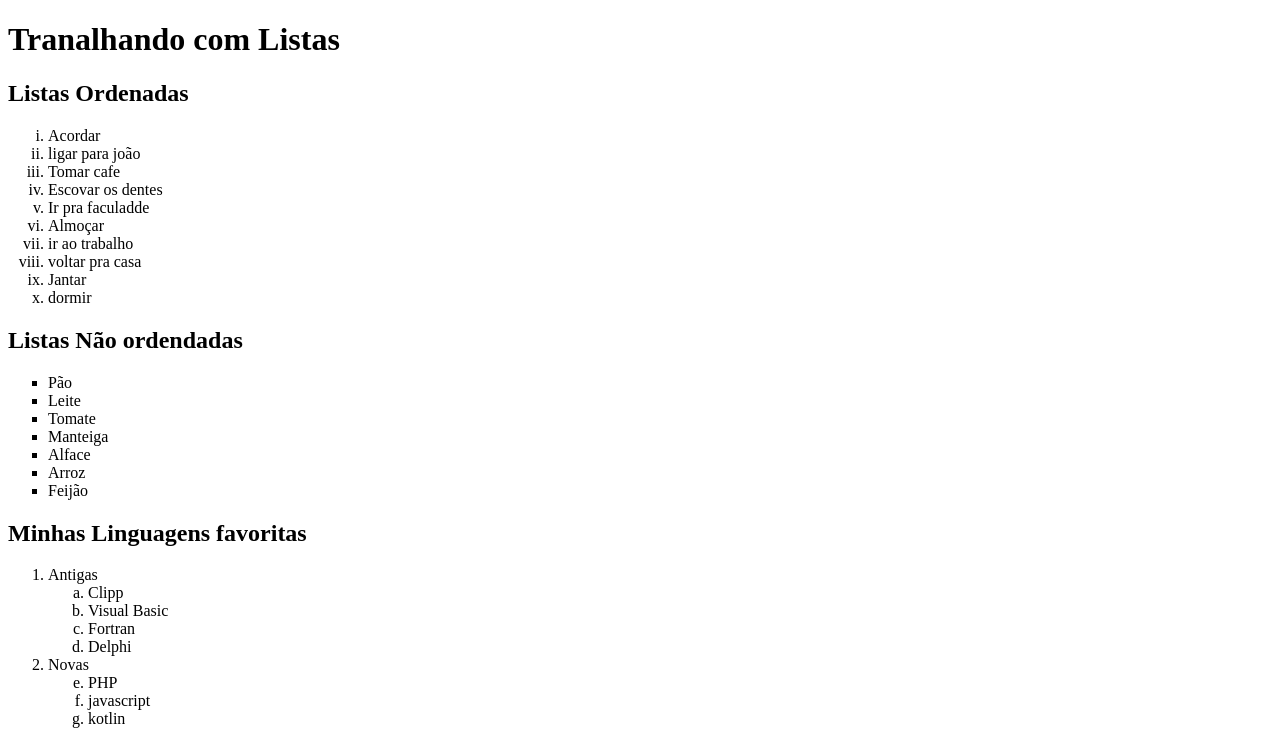
Repository: pheonix5/Estudo
Page: html-css/exercicios/ex009/index.html
These files come from the project's save history. The page is drawn as it stood at one moment and after the next save; the edit follows.
The browser window is 1280 px wide. The pictures show the whole page.

Above is the page before, as saved 2023-08-01 22:30:47.

### html-css/exercicios/ex009/index.html
<!DOCTYPE html>
<html lang="pt-br">
<head>
  <meta charset="UTF-8">
  <meta name="viewport" content="width=device-width, initial-scale=1.0">
  <title>Listas</title>
</head>
<body>
  <h1>Tranalhando com Listas</h1>
  <h2>Listas Ordenadas</h2>

  <ol type="i"> <!-- 1 A a I i -->
    <li>Acordar</li>
    <li>ligar para joão</li>
    <li>Tomar cafe</li>
    <li>Escovar os dentes</li>
    <li>Ir pra faculadde</li>
    <li>Almoçar</li>
    <li>ir ao trabalho</li>
    <li>voltar pra casa</li>
    <li>Jantar</li>
    <li>dormir</li>
  </ol>

  <h2>Listas Não ordendadas</h2>
  <ul type="square"> <!-- disc circle square -->
    <li>Pão</li>
    <li>Leite</li>
    <li>Tomate</li>
    <li>Manteiga</li>
    <li>Alface</li>
    <li>Arroz</li>
    <li>Feijão</li>
  </ul>

  <h2>Minhas Linguagens favoritas </h2>
  <ol>
    <li>Antigas</li>
    <ol type="a">
      <li>Clipp</li>
      <li>Visual Basic</li>
      <li>Fortran</li>
      <li>Delphi</li>
    </ol>
    <li>Novas</li>
    <ol type="a" start="5">
      <li>PHP</li>
      <li>javascript</li>
      <li>kotlin</li>
    </ol>
  </ol>
</body>
</html>

After the next save:
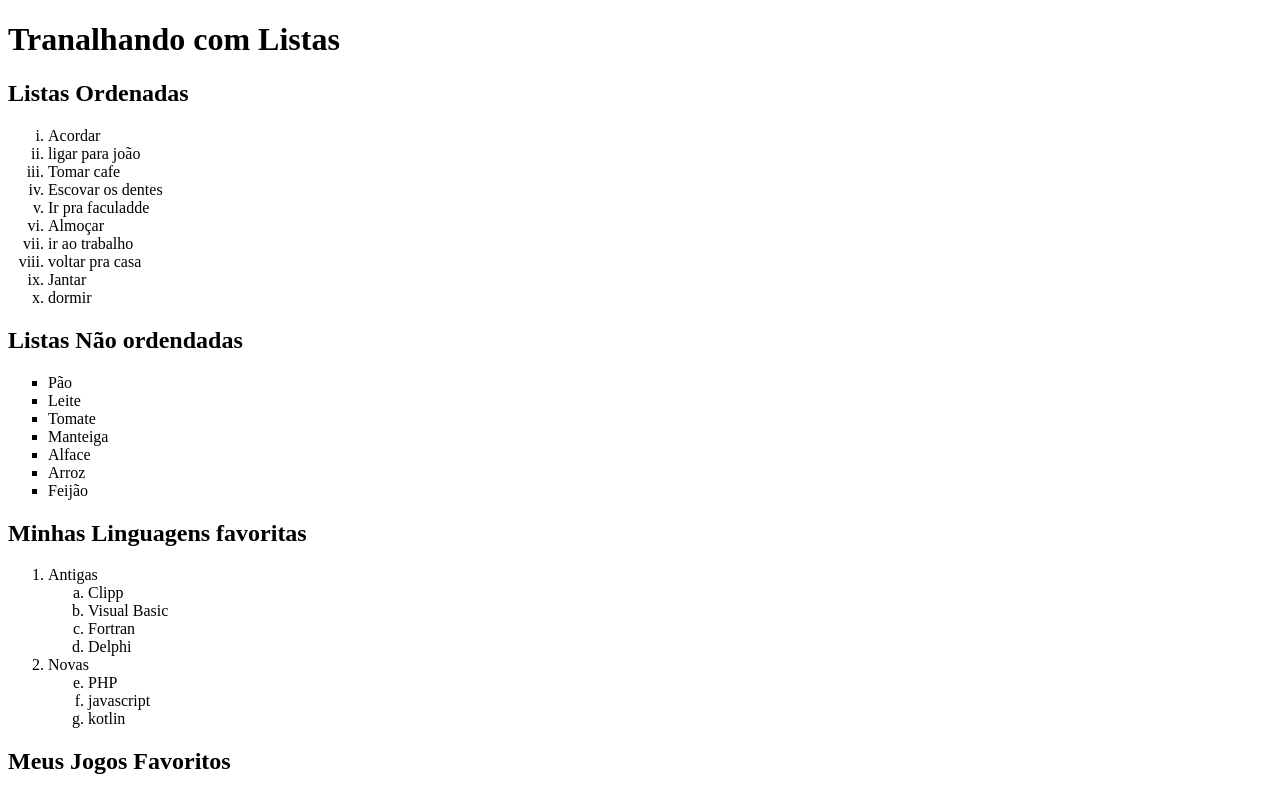
Saved 25 s later.
--- a/html-css/exercicios/ex009/index.html
+++ b/html-css/exercicios/ex009/index.html
@@ -49,5 +49,6 @@
       <li>kotlin</li>
     </ol>
   </ol>
-</body>
+
+  <h2>Meus Jogos Favoritos </body>
 </html>
